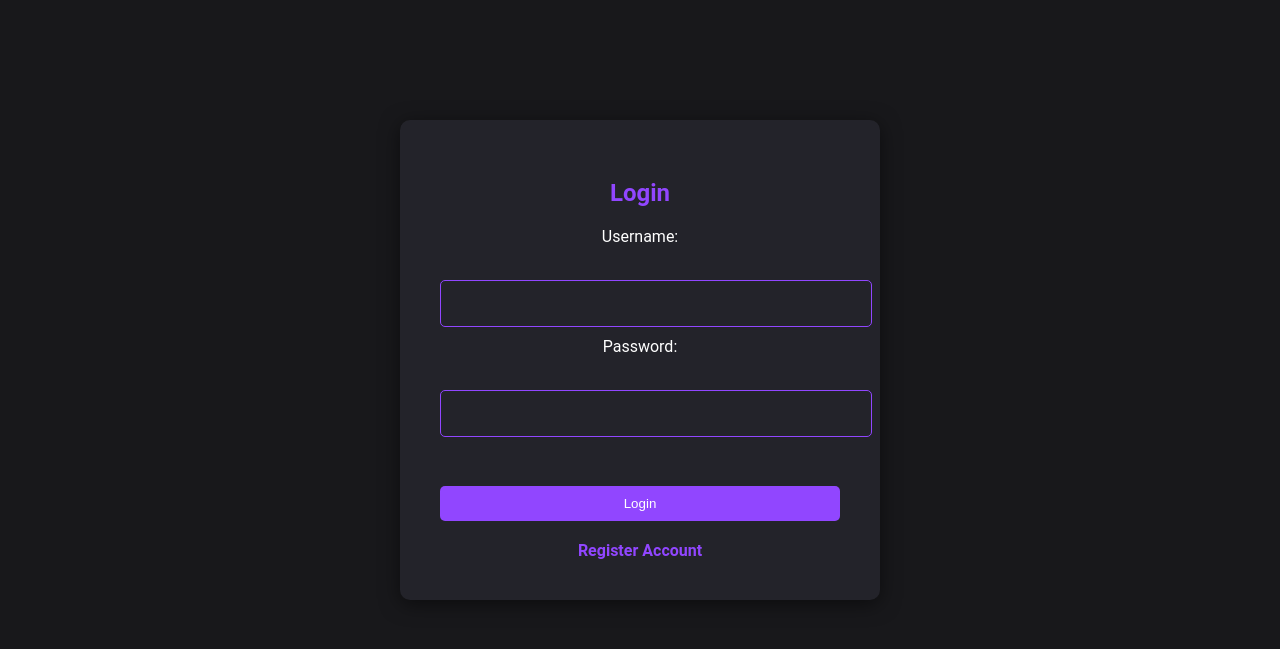
Repository: wolvicjohn/argon2
Page: http://localhost/login.php
The author's editor kept a copy of each file at every save. The page is drawn from the files as they stood at one save, then again after the next save.
The browser window is 1280 px wide. The pictures show the whole page.
The page is run by PHP 8.4 with error messages shown; the project is at /var/www/html/.

Above is the page before, as saved 2024-10-22 16:46:28.

### login.php
<?php
// Start the session
session_start();

// Database connection
$host = 'localhost';
$db = 'argon2_auth';
$user = 'root';  // or your DB username
$pass = '';      // or your DB password

$dsn = "mysql:host=$host;dbname=$db;charset=utf8mb4";
$options = [
    PDO::ATTR_ERRMODE => PDO::ERRMODE_EXCEPTION,
    PDO::ATTR_DEFAULT_FETCH_MODE => PDO::FETCH_ASSOC,
];

try {
    $pdo = new PDO($dsn, $user, $pass, $options);
} catch (PDOException $e) {
    die("Database connection failed: " . $e->getMessage());
}

if ($_SERVER['REQUEST_METHOD'] === 'POST') {
    $username = $_POST['username'];
    $password = $_POST['password'];

    // Find the user in the database
    $stmt = $pdo->prepare('SELECT id, password_hash FROM users WHERE username = ?');
    $stmt->execute([$username]);
    $user = $stmt->fetch();

    if ($user && password_verify($password, $user['password_hash'])) {
        // Password is correct, start a session and redirect to the profile page
        $_SESSION['username'] = $username; // Store the username in session
        header("Location: profile.php");
        exit; // Ensure no further code is executed
    } else {
        // Invalid credentials
        echo "Invalid username or password.";
    }
}
?>

<!DOCTYPE html>
<html lang="en">

<head>
    <meta charset="UTF-8">
    <title>Login</title>
    <link rel="stylesheet" href="styles.css"> <!-- Link to your CSS file -->
</head>

<body>
    <div class="container">
        <h2>Login</h2>
        <form action="login.php" method="POST">
            <label for="username">Username:</label><br>
            <input type="text" name="username" id="username" required><br>

            <label for="password">Password:</label><br>
            <input type="password" name="password" id="password" required><br><br>

            <button type="submit">Login</button>

            <br>

            <!-- Button to go to the registration page -->
            <a href="register.php" class="button">Register Account</a>
        </form>
    </div>

    <script>
        // Add a class to the body when the page has loaded
        window.addEventListener('load', function () {
            document.body.classList.add('loaded');
        });
    </script>
</body>

</html>

### styles.css
/* styles.css */
body {
    font-family: 'Roboto', sans-serif; /* Modern font */
    margin: 0;
    padding: 0;
    height: 100vh; /* Full height for vertical centering */
    display: flex;
    justify-content: center; /* Center horizontally */
    align-items: center; /* Center vertically */
    background-color: #18181b; /* Dark background */
    color: #ffffff; /* White text color */
}

.container {
    text-align: center; /* Center text inside container */
    padding: 40px; /* Increased padding for better spacing */
    background-color: #23232a; /* Dark card background */
    border-radius: 10px; /* Rounded corners */
    box-shadow: 0 4px 20px rgba(0, 0, 0, 0.5); /* Subtle shadow */
    max-width: 400px; /* Max width for better layout */
    width: 90%; /* Responsive width */
}

h2 {
    color: #9146ff; /* Twitch purple */
    margin-bottom: 20px; /* Reduced margin for better spacing */
}

label {
    display: block;
    margin-bottom: 5px;
}

input {
    margin: 10px 0;
    padding: 15px;
    width: 100%; /* Full width for input fields */
    border: 1px solid #9146ff; /* Twitch purple border */
    border-radius: 5px;
    background-color: #23232a; /* Dark input background */
    color: #ffffff; /* White text color */
}

input:focus {
    outline: none;
    border-color: #ff477e; /* Pink border on focus */
}

button {
    padding: 10px 20px;
    cursor: pointer;
    background-color: #9146ff; /* Twitch purple */
    color: white;
    border: none;
    border-radius: 5px;
    transition: background-color 0.3s ease;
    margin-top: 20px; /* Spacing above the button */
    width: 100%; /* Full width button */
}

button:hover {
    background-color: #7e3af2; /* Darker purple on hover */
}

.password-strength {
    margin-top: 10px;
    height: 10px;
    width: 100%; /* Full width for strength meter */
    background-color: #444; /* Darker background for strength meter */
    border-radius: 5px;
    overflow: hidden;
}

.strength-bar {
    height: 100%;
    width: 0%; /* Default width is 0% */
    transition: width 0.3s ease-in-out; /* Smooth transition for width */
}

.strength-weak {
    background-color: red; /* Red for weak */
}

.strength-medium {
    background-color: orange; /* Orange for medium */
}

.strength-strong {
    background-color: #4CAF50; /* Green for strong */
}

.message {
    margin-top: 10px;
    font-size: 16px; /* Increased font size for visibility */
    font-weight: bold;
    text-align: center; /* Centered text */
    padding: 10px; /* Padding for better spacing */
    border-radius: 5px; /* Rounded corners */
    display: inline-block; /* Makes width fit content */
}

/* Success message styles */
.message.success {
    color: #4CAF50; /* Green for success */
    background-color: rgba(76, 175, 80, 0.1); /* Light green background */
}

/* Error message styles */
.message.error {
    color: #f44336; /* Red for error */
    background-color: rgba(244, 67, 54, 0.1); /* Light red background */
}

/* Link styles */
a {
    display: block;
    text-align: center;
    margin-top: 20px;
    color: #9146ff; /* Twitch purple */
    text-decoration: none;
    font-weight: bold;
}

a:hover {
    color: #7e3af2; /* Darker purple on hover */
}
textarea {
    width: 100%; /* Full width for textarea */
    height: 100px; /* Set a fixed height for better visibility */
    padding: 10px; /* Padding for comfort */
    border: 1px solid #9146ff; /* Twitch purple border */
    border-radius: 5px; /* Rounded corners */
    background-color: #23232a; /* Dark background */
    color: #ffffff; /* White text color */
    resize: vertical; /* Allow vertical resizing */
    overflow: auto; /* Scrollbar if needed */
    margin-top: 10px; /* Spacing above the textarea */
}

/* Make textarea read-only styling clear */
textarea:focus {
    outline: none; /* Remove default outline */
    border-color: #ff477e; /* Change border color on focus */
}

After the next save:
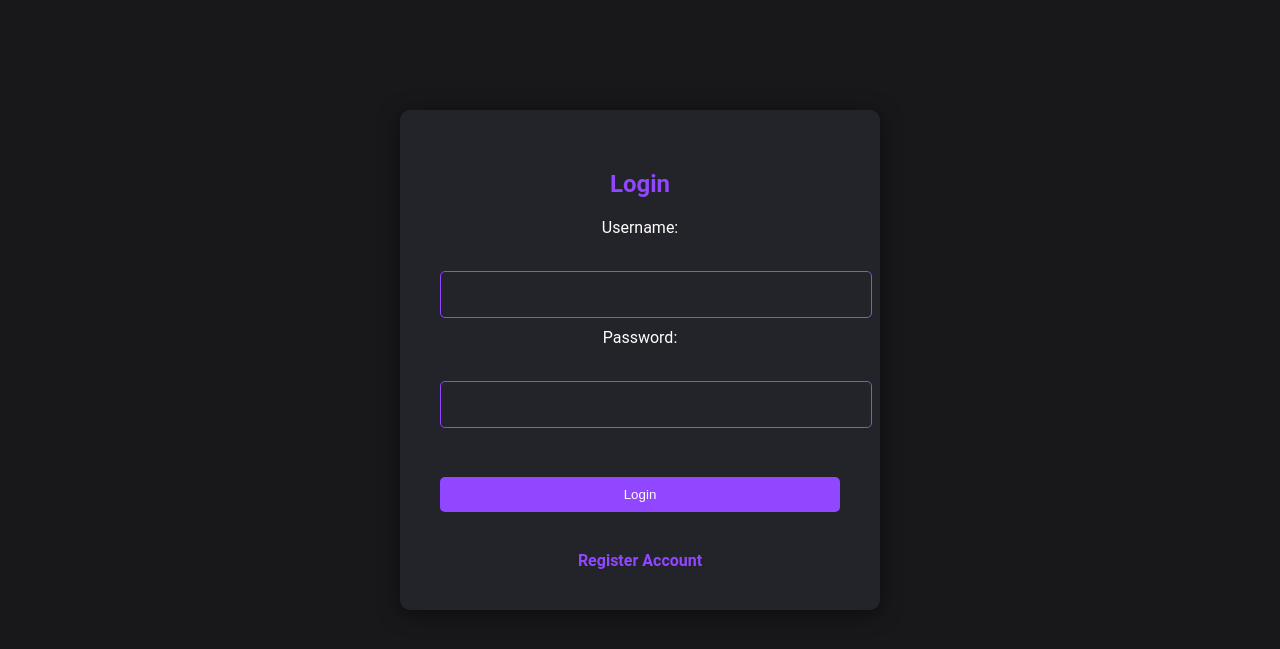
Saved 81 s later.
--- a/login.php
+++ b/login.php
@@ -2,12 +2,16 @@
 // Start the session
 session_start();
 
-// Database connection
+// Define the pepper as a server-side constant (do not store this in the database)
+define('PEPPER', 'your_random_pepper_value');
+
+// Database connection details
 $host = 'localhost';
 $db = 'argon2_auth';
-$user = 'root';  // or your DB username
-$pass = '';      // or your DB password
+$user = 'root';  // Update with your database username if needed
+$pass = '';      // Update with your database password if needed
 
+// Database connection options
 $dsn = "mysql:host=$host;dbname=$db;charset=utf8mb4";
 $options = [
     PDO::ATTR_ERRMODE => PDO::ERRMODE_EXCEPTION,
@@ -20,23 +24,36 @@ try {
     die("Database connection failed: " . $e->getMessage());
 }
 
+// Handle the form submission
 if ($_SERVER['REQUEST_METHOD'] === 'POST') {
-    $username = $_POST['username'];
-    $password = $_POST['password'];
+    $username = trim($_POST['username']);
+    $password = trim($_POST['password']);
 
-    // Find the user in the database
-    $stmt = $pdo->prepare('SELECT id, password_hash FROM users WHERE username = ?');
+    // Fetch the stored password hash, salt, and pepper for the user
+    $stmt = $pdo->prepare('SELECT password_hash, salt FROM users WHERE username = ?');
     $stmt->execute([$username]);
     $user = $stmt->fetch();
 
-    if ($user && password_verify($password, $user['password_hash'])) {
-        // Password is correct, start a session and redirect to the profile page
-        $_SESSION['username'] = $username; // Store the username in session
-        header("Location: profile.php");
-        exit; // Ensure no further code is executed
+    if ($user) {
+        // Combine the password with the server-side pepper
+        $pepperedPassword = hash_hmac('sha256', $password, PEPPER);
+
+        // Concatenate the peppered password with the stored salt
+        $saltedPassword = $pepperedPassword . $user['salt'];
+
+        // Verify the final hash with the stored password hash
+        if (password_verify($saltedPassword, $user['password_hash'])) {
+            // Store the username in the session
+            $_SESSION['username'] = $username;
+
+            // Redirect to profile.php
+            header('Location: profile.php');
+            exit(); // Always exit after redirect
+        } else {
+            $error = 'Invalid username or password.';
+        }
     } else {
-        // Invalid credentials
-        echo "Invalid username or password.";
+        $error = 'Invalid username or password.';
     }
 }
 ?>
@@ -62,10 +79,15 @@ if ($_SERVER['REQUEST_METHOD'] === 'POST') {
 
             <button type="submit">Login</button>
 
-            <br>
+            <br><br>
 
-            <!-- Button to go to the registration page -->
+            <!-- Link to the registration page -->
             <a href="register.php" class="button">Register Account</a>
+
+            <!-- Display error message if any -->
+            <?php if (!empty($error)): ?>
+                <p class="error"><?php echo htmlspecialchars($error); ?></p>
+            <?php endif; ?>
         </form>
     </div>
 
